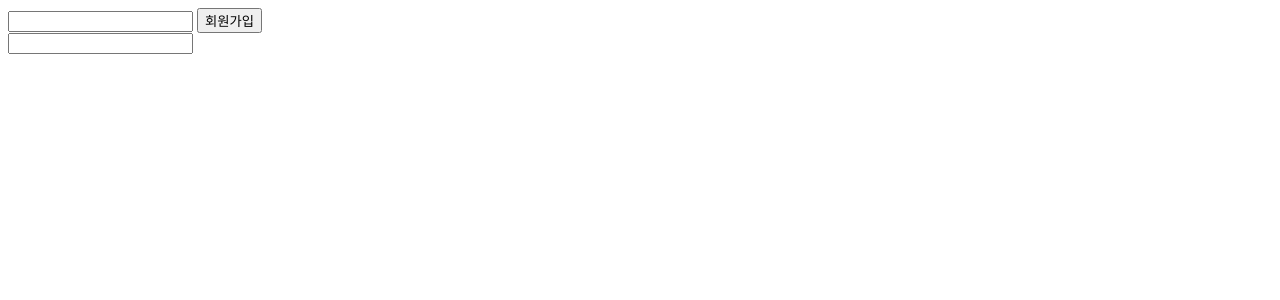
Repository: jaunnnngs/HackaTone
Page: http://localhost/StunProjects/insertUser.jsp
An editor plug-in stored every save of this project. The page is shown before and after the next save, followed by the edit.
The browser window is 1280 px wide. The pictures show the whole page.
The page is served by Tomcat 9. Other server files are loaded and not shown.

Above is the page before, as saved 2021-07-20 05:18:24.

### STUN_TEAM/StunProjects/src/main/webapp/insertUser.jsp
<%@ page language="java" contentType="text/html; charset=UTF-8"
    pageEncoding="UTF-8"%>
<!DOCTYPE html>
<html>
<head>
<meta charset="UTF-8">
<title>Insert title here</title>
</head>
<body>
<form action="./userJoinAction.jsp"method="post">
	<input type="text" name="userID>
	<input type="password" name="userPassword">
	<input type="submit" value="회원가입">
</form>
<form action="./UseDB method="post">
	<input type
</body>
</html>

After the next save:
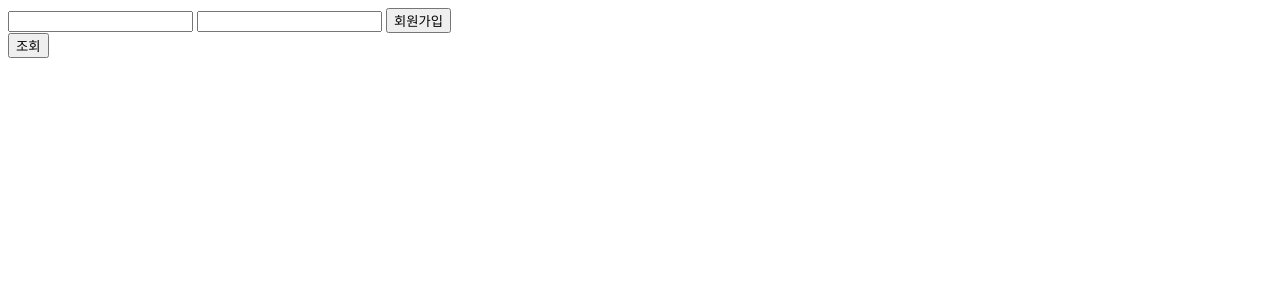
Saved 70 s later.
--- a/STUN_TEAM/StunProjects/src/main/webapp/insertUser.jsp
+++ b/STUN_TEAM/StunProjects/src/main/webapp/insertUser.jsp
@@ -8,11 +8,13 @@
 </head>
 <body>
 <form action="./userJoinAction.jsp"method="post">
-	<input type="text" name="userID>
+	<input type="text" name="userID">
 	<input type="password" name="userPassword">
 	<input type="submit" value="회원가입">
 </form>
 <form action="./UseDB method="post">
-	<input type
+	<input type="submit" value="조회">
+</form>
+
 </body>
 </html>
